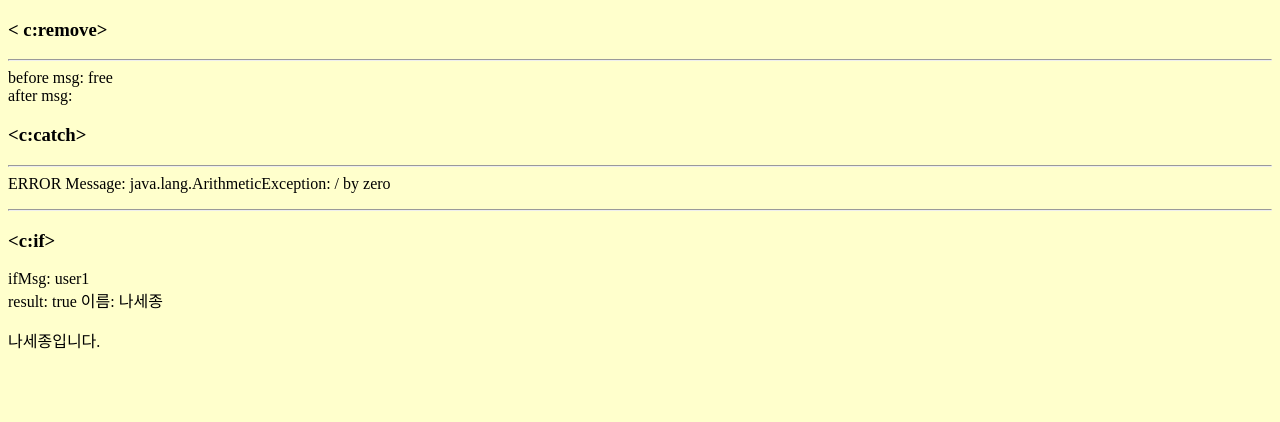
Repository: topblame/Bootcamp
Page: http://localhost/JSP_250408/chapter05/01_jstlExam.jsp
The author's editor kept a copy of each file at every save. The page is drawn from the files as they stood at one save, then again after the next save.
The browser window is 1280 px wide. The pictures show the whole page.
The page is served by Tomcat 9.

Above is the page before, as saved 2025-06-27 02:45:34.

After the next save:
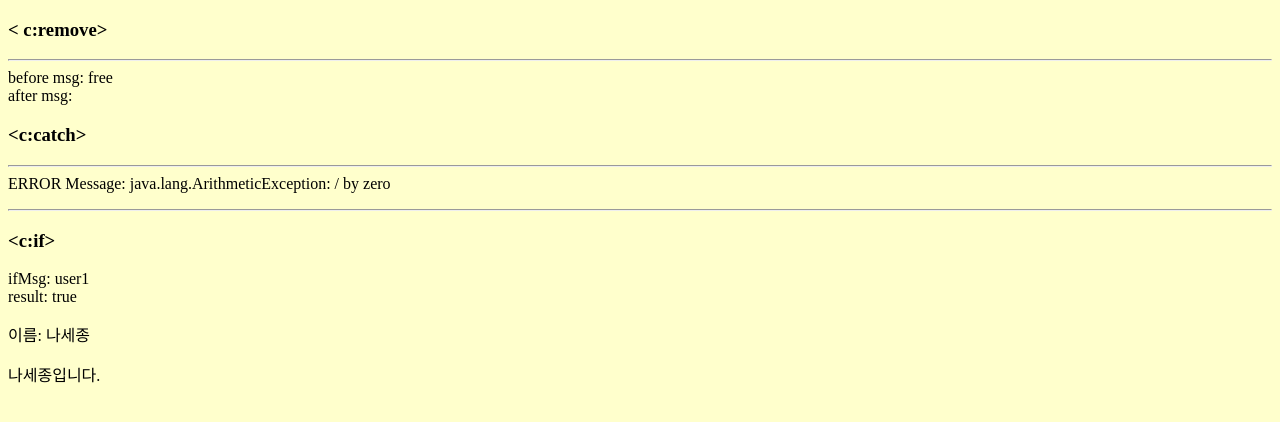
Saved 24 s later.
--- a/WebMvc/JSP_250408/src/main/webapp/chapter05/01_jstlExam.jsp
+++ b/WebMvc/JSP_250408/src/main/webapp/chapter05/01_jstlExam.jsp
@@ -37,7 +37,7 @@ ifMsg: ${ifMsg }
 <c:if test ="${ifMsg == 'user1' }" var = "result">
 result: ${result }
 </c:if>
-
+<p></p>
 
 <c:set var="name" value = "나세종"/>
 이름: ${name }
